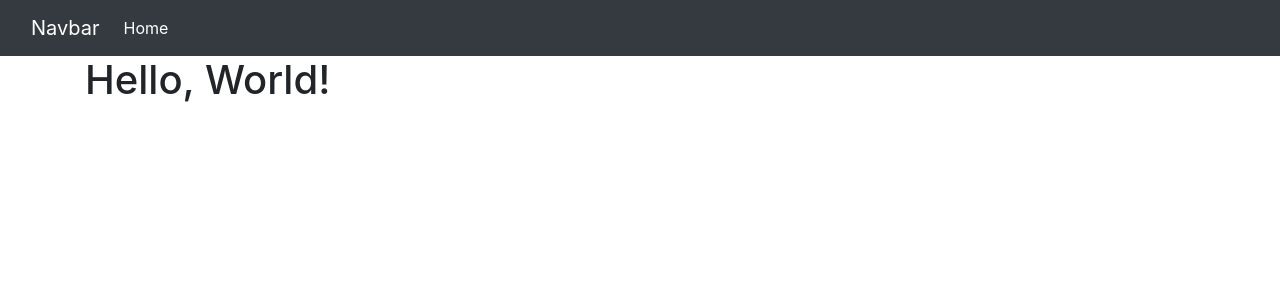
Repository: jaisydh07/WEBD6201-Week1
Page: index.html
These files come from the project's save history. The page is drawn as it stood at one moment and after the next save; the edit follows.
The browser window is 1280 px wide. The pictures show the whole page.

Above is the page before, as saved 2021-01-28 22:26:02.

After the next save:
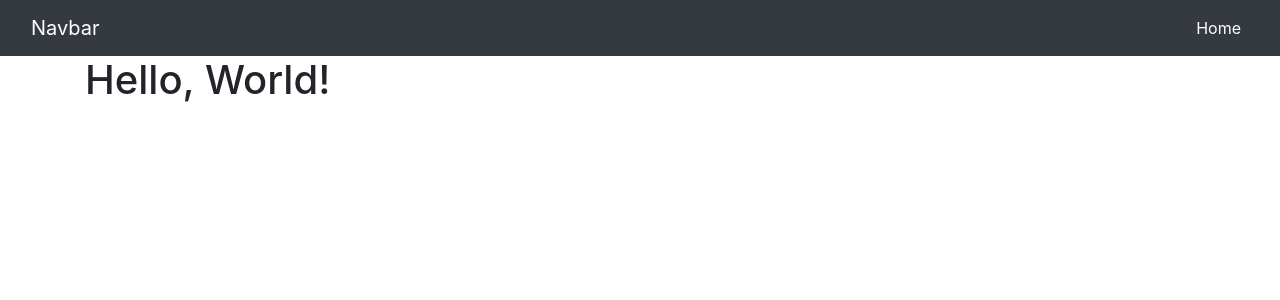
Saved 86 s later.
--- a/index.html
+++ b/index.html
@@ -18,11 +18,12 @@
             <span class="navbar-toggler-icon"></span>
           </button>
           <div class="collapse navbar-collapse" id="navbarSupportedContent">
-            <ul class="navbar-nav me-auto mb-2 mb-lg-0">
+            <ul class="navbar-nav ml-auto mb-2 mb-lg-0">
               <li class="nav-item">
                 <a class="nav-link active" aria-current="page" href="#">Home</a>
               </li>
             </ul>
+
           </div>
         </div>
       </nav>
